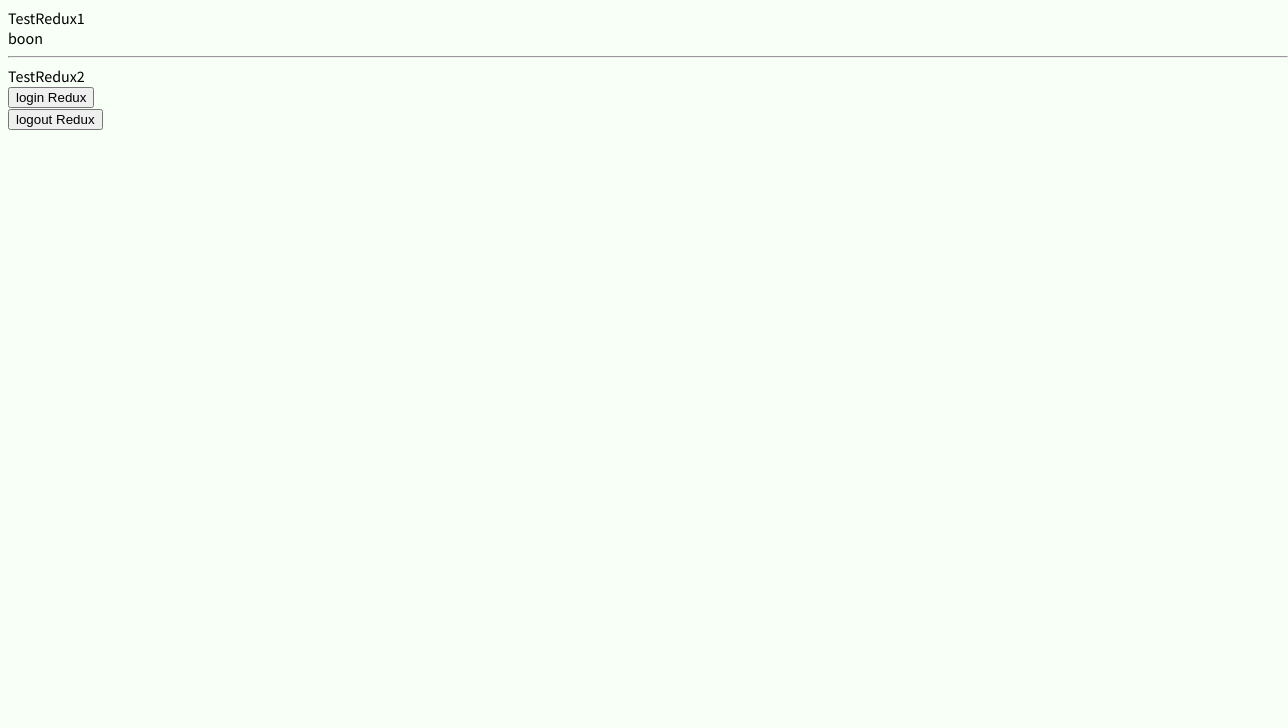
Repository: supakorn5039-boon/MERN
Page: /admin/viewtable (app in client/)
The author's editor kept a copy of each file at every save. The page is drawn from the files as they stood at one save, then again after the next save.
The browser window is 1280 px wide. The page is 1288 px wide, then 1280 px, so the pictures cover 1288 px, including what lies to the right of the window. The pictures show the whole page.
The page's requests for data from a server got no answer. The project was rebuilt for these pictures with package versions that can differ from the ones it lists, and the page was loaded fresh each time. No one was signed in, and anything a server would have sent is missing. Also part of the build but not shown: client/src/App.css, client/src/components/FormEditProducts.js.

Above is the page before, as saved 2023-11-01 15:59:45.

After the next save:
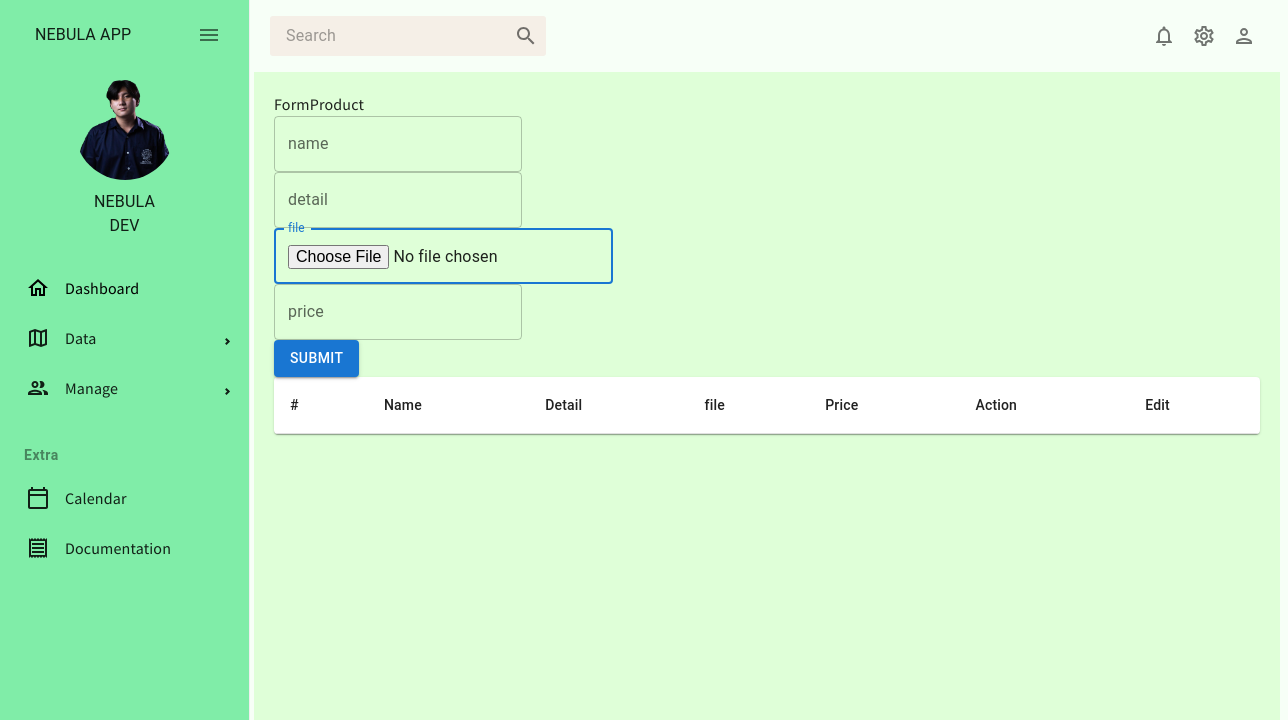
Saved 82 s later.
--- a/client/src/App.jsx
+++ b/client/src/App.jsx
@@ -15,7 +15,7 @@ function App() {
   return (
     <BrowserRouter>
       <>
-        {/* <CssBaseline />
+        <CssBaseline />
         <div className="app">
           <SideBar />
           <main className="content">
@@ -29,11 +29,11 @@ function App() {
               </Box>
             </div>
           </main>
-        </div> */}
-
+        </div>
+        {/*
         <TestRedux1 />
         <hr />
-        <TestRedux2 />
+        <TestRedux2 /> */}
       </>
     </BrowserRouter>
   );
